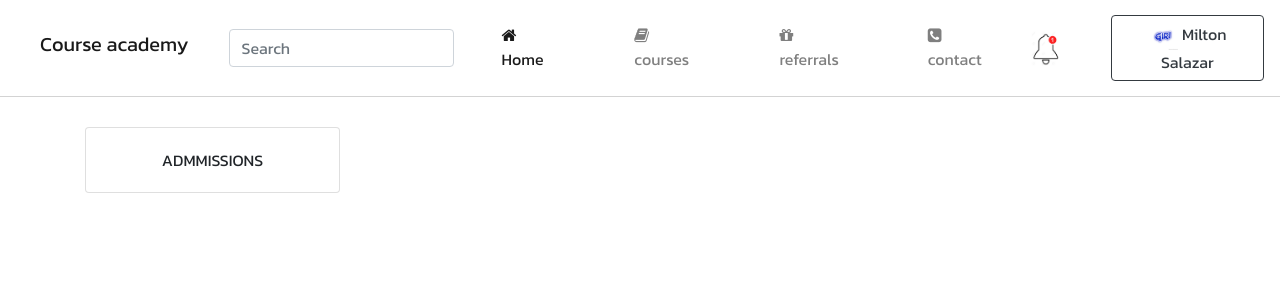
Repository: giribabu1997/html-layout
Page: task.html
An editor plug-in stored every save of this project. The page is shown before and after a run of saves, followed by the edit.
The browser window is 1280 px wide. The pictures show the whole page.

Above is the page before, as saved 2019-06-24 14:55:42.

After the next 3 saves:
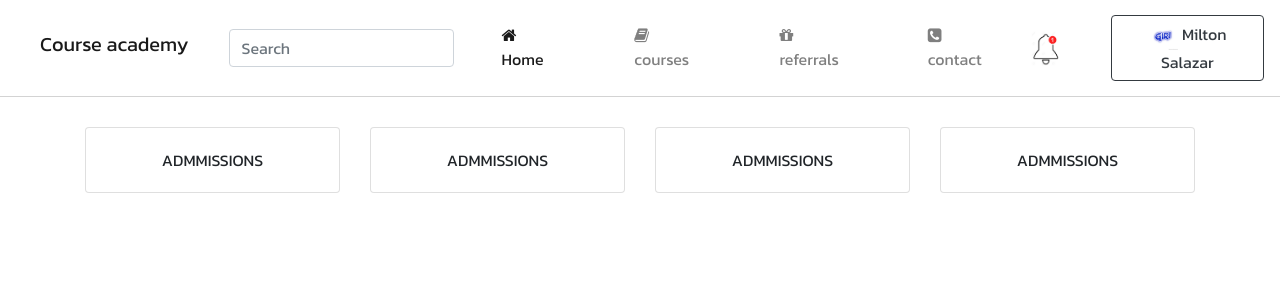
The 3 saves are shown as one change because they came seconds apart.
The last was saved 95 s later.
--- a/task.html
+++ b/task.html
@@ -78,6 +78,27 @@
                     </div>
                 </div>
             </div>
+            <div class="col-md-3">
+                    <div class="card">
+                        <div class="card-body" style="text-align: center">
+                            <h> ADMMISSIONS</h>
+                        </div>
+                    </div>
+                </div>
+                <div class="col-md-3">
+                        <div class="card">
+                            <div class="card-body" style="text-align: center">
+                                <h> ADMMISSIONS</h>
+                            </div>
+                        </div>
+                    </div>
+                    <div class="col-md-3">
+                            <div class="card">
+                                <div class="card-body" style="text-align: center">
+                                    <h> ADMMISSIONS</h>
+                                </div>
+                            </div>
+                        </div>
         </div>
     </div>
 
